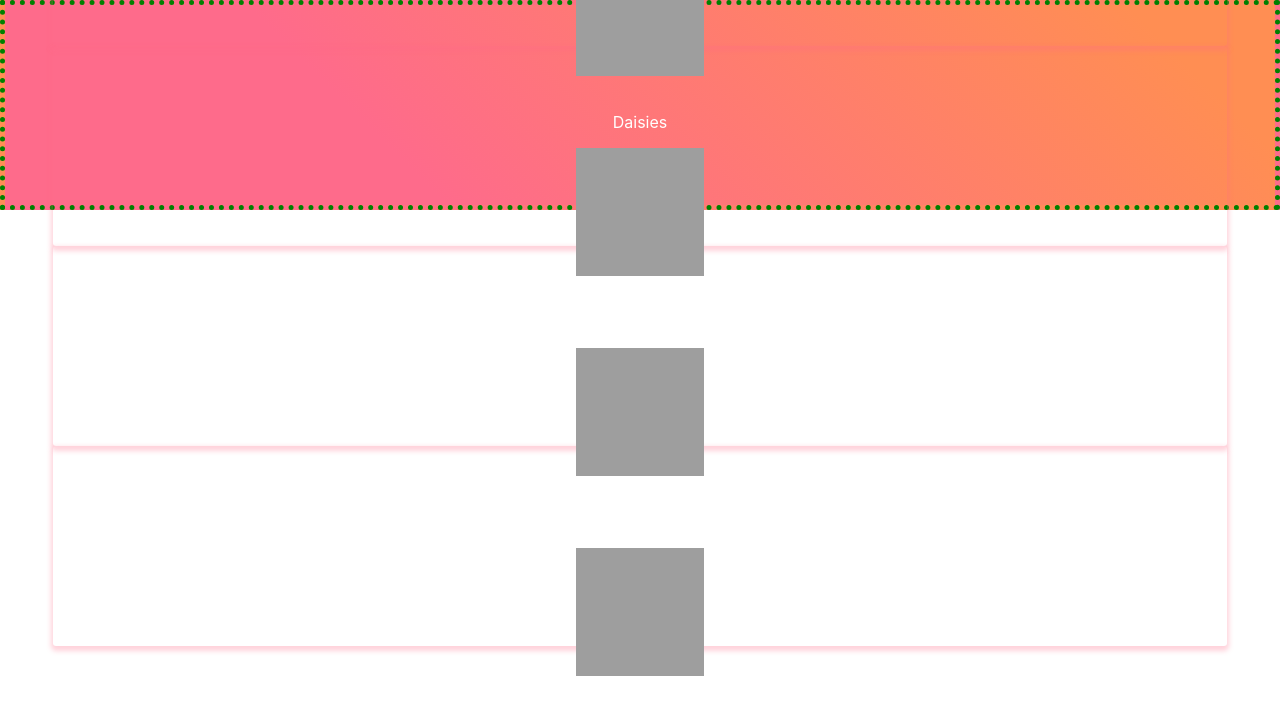
Repository: DevLuDaley/react-flower-shop
Page: /
An editor plug-in stored every save of this project. The page is shown before and after the next save, followed by the edit.
The browser window is 1280 px wide. The pictures show the whole page.
Pictures or frames that could not be fetched are drawn as grey boxes. The project was rebuilt for these pictures with package versions that can differ from the ones it lists, and the page was loaded fresh each time. Also part of the build but not shown: src/Containers/FlowersContainer.js.

Above is the page before, as saved 2021-02-19 22:15:07.

After the next save:
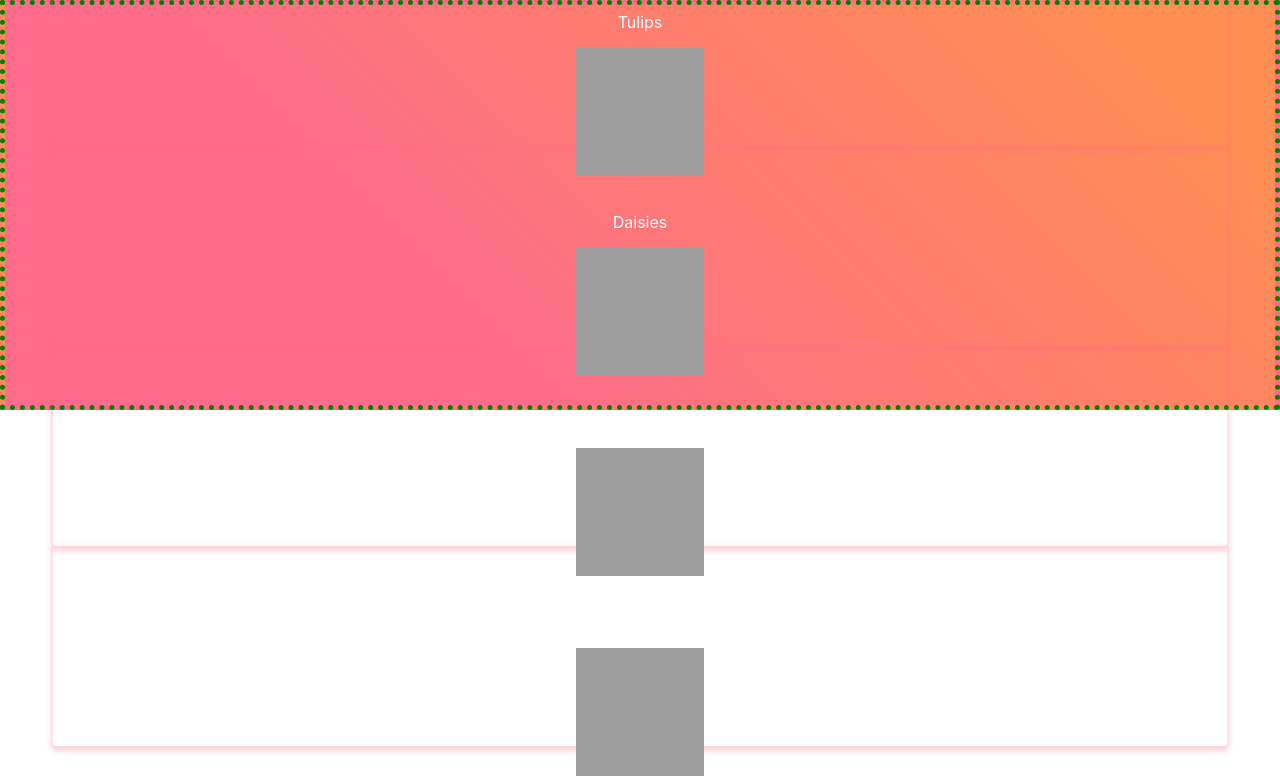
Saved 5 s later.
--- a/src/App.js
+++ b/src/App.js
@@ -16,7 +16,7 @@ const useStyles = makeStyles({
     justifyContent: 'center',
     alignItems: 'center',
     textAlign: 'center',
-    height: '200px',
+    height: '400px',
     border: '5px dotted green',
     // padding: '50px'
   },
